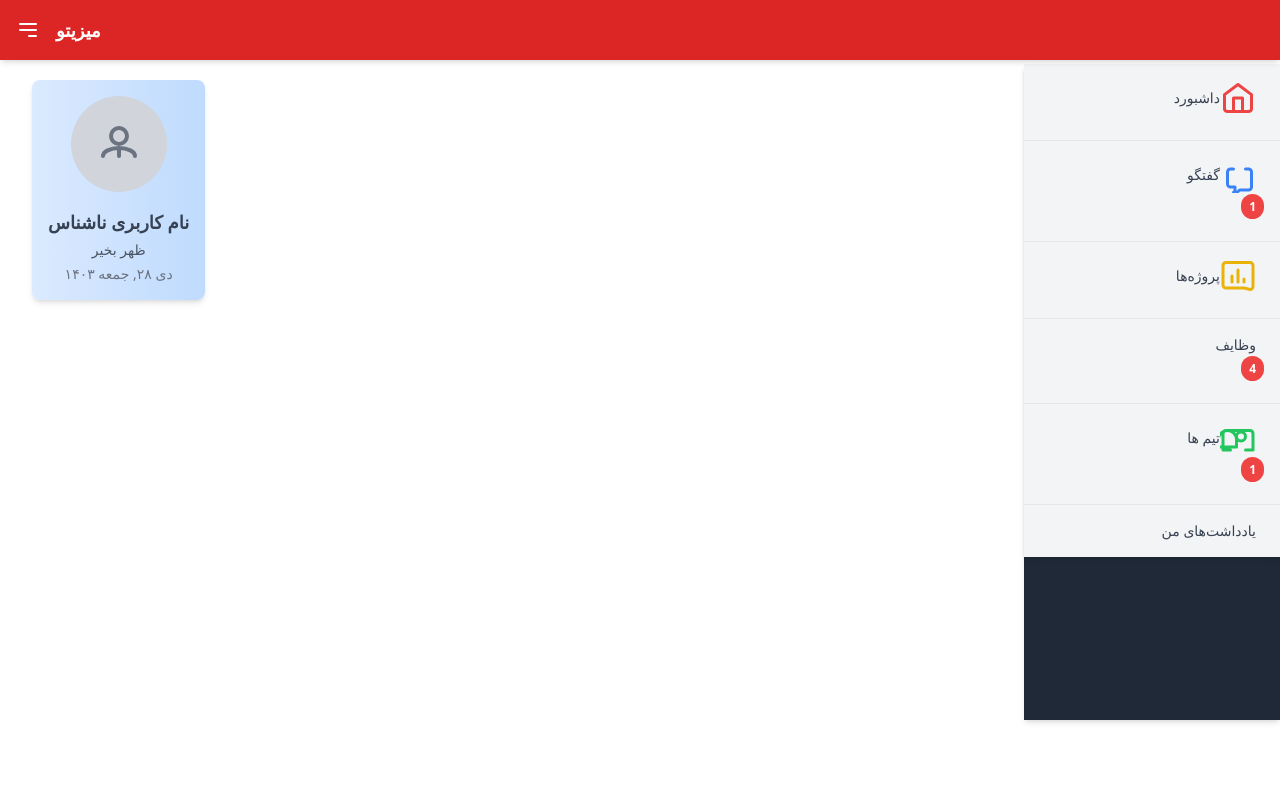
Repository: spnovaa/work-hive
Page: / (app in front_end/)
An editor plug-in stored every save of this project. The page is shown before and after the next save, followed by the edit.
The browser window is 1280 px wide. The pictures show the whole page.
The page's requests for data from a server got no answer. The project was rebuilt for these pictures with package versions that can differ from the ones it lists, and the page was loaded fresh each time. No one was signed in, and anything a server would have sent is missing. Also part of the build but not shown: front_end/src/api/auth.js, front_end/src/components/loadingSpinner.jsx, front_end/src/pages/login.jsx, front_end/src/pages/registration.jsx, front_end/src/common/axiosInstance.js, front_end/src/components/profile/profileSettingsModal.jsx, front_end/src/components/profile/dropdown.jsx, front_end/src/components/project/projectCardComponent.jsx and 10 more.

Above is the page before, as saved 2025-01-18 14:10:56.

### front_end/src/index.js
import React from 'react';
import ReactDOM from 'react-dom/client'; // Import from 'react-dom/client' for React 18+
import './styles/globals.css';
import App from './App';

// Create a root element for rendering the React application
const root = ReactDOM.createRoot(document.getElementById('root'));

// Use the new `render` method for React 18+
root.render(
  <React.StrictMode>
    <App />
  </React.StrictMode>
);

### front_end/src/App.jsx
import React, { useState } from 'react';
import { BrowserRouter as Router, Routes, Route } from 'react-router-dom';
import Login from './pages/login';
import Registration from './pages/registration';
import Home from './pages/home';
import ProjectsDashboard from './components/project/projectDashboard.jsx';
import ProjectDetails from './components/project/projectDetails.jsx';
import NewProject from './components/project/newProject.jsx';
import DashboardSidebar from './components/dashboardSidebar';
import TaskPage from './components/task/taskPage.jsx';
import TeamList from './components/team/teamList.jsx';
import TopBar from './components/topBar.jsx';

function App() {
  const [sidebarVisible, setSidebarVisible] = useState(true);

  const toggleSidebar = () => {
    setSidebarVisible((prev) => !prev);
  };

  return (
    <Router>
      <div className="flex flex-col h-screen">
        <div className="w-full bg-red-600 shadow-md fixed top-0 z-20">
          <TopBar toggleSidebar={toggleSidebar} />
        </div>

        <div className="flex flex-grow">
          {sidebarVisible && (
            <div className="w-64 bg-gray-800 fixed top-16 bottom-0 right-0 z-10 shadow-md">
              <DashboardSidebar />
            </div>
          )}
          <div
            className={`flex-grow ${
              sidebarVisible ? 'pr-64' : ''
            } pt-16 p-4 transition-all duration-300`}
          >
            <Routes>
              <Route path="/login" element={<Login />} />
              <Route path="/register" element={<Registration />} />
              <Route path="/" element={<Home />} />
              <Route path="/projects" element={<ProjectsDashboard />} />
              <Route path="/projects/new" element={<NewProject />} />
              <Route path="/projects/:projectId" element={<ProjectDetails />} />
              <Route path="/tasks" element={<TaskPage />} />
              <Route path="/teams" element={<TeamList />} />
            </Routes>
          </div>
        </div>
      </div>
    </Router>
  );
}

export default App;

### front_end/src/pages/home.jsx
import React, { useState } from 'react';
import ProfileSection from '../components/profile/profileSection';
import { useLocation } from 'react-router-dom';
import DashboardSidebar from '../components/dashboardSidebar';
import  ProfileSettingsModal  from '../components/profile/profileSettingsModal.jsx'
function Home() {
  const [isModalOpen, setIsModalOpen] = useState(false);

    const openModal = () => {
        setIsModalOpen(true);
    };

    const closeModal = () => {
        setIsModalOpen(false);
    };
  const location = useLocation();
  const name = location.state?.name || "نام کاربری ناشناس";
  const [background, setBackground] = useState('bg-white');
  const handleBackgroundChange = (bg) => {
    setBackground(bg);
  };
  const getCurrentDate = () => {
    const options = { weekday: 'long', year: 'numeric', month: 'long', day: 'numeric' };
    return new Date().toLocaleDateString('fa-IR', options);
  };
  return (
    <div className={`h-screen ${background} `}>
      <div className="absolute top-20 left-8">
        <ProfileSection
          name={name}
          greeting="ظهر بخیر"
          date={getCurrentDate()}
          onBackgroundChange={handleBackgroundChange}
          onSettingsClick={openModal}
        />
      </div>
      <ProfileSettingsModal show={isModalOpen} onClose={closeModal} />
    </div>
  );
}

export default Home;

### front_end/src/components/dashboardSidebar.jsx
import React from 'react';
import { useNavigate } from 'react-router-dom';

function SidebarItem({ icon, label, notificationCount, onClick }) {
    return (
        <div
            className="className=flex items-center justify-start flex-row-reverse p-4 cursor-pointer hover:bg-gray-100"
            onClick={onClick}
        >
            <div className="flex items-center">
                <span className="text-lg text-gray-700 mr-2">{icon}</span>
                <span className="text-gray-700 text-sm font-medium right-8">{label}</span>
            </div>
            {notificationCount > 0 && (
                <span className="bg-red-500 text-white text-xs font-bold rounded-full px-2 py-1">
                    {notificationCount}
                </span>
            )}
        </div>
    );
}

function DashboardSidebar() {
    const navigate = useNavigate();

    const handleNavigation = (path) => {
        navigate(path);
    };

    return (
        <div className="w-64 bg-gray-100 text-white shadow-md p-0 rtl" dir="rtl" >
            <SidebarItem
                icon={
                    <svg
                        xmlns="http://www.w3.org/2000/svg"
                        className="h-9 w-9 text-red-500"
                        fill="none"
                        viewBox="0 0 24 24"
                        stroke="currentColor"
                    >
                        <path
                            strokeLinecap="round"
                            strokeLinejoin="round"
                            strokeWidth="2"
                            d="M3 9.75L12 3l9 6.75v9.75A2.25 2.25 0 0118.75 21H5.25A2.25 2.25 0 013 19.5V9.75z"
                        />
                        <path
                            strokeLinecap="round"
                            strokeLinejoin="round"
                            strokeWidth="2"
                            d="M9 21V12h6v9"
                        />
                    </svg>
                }
                label="داشبورد"
                onClick={() => handleNavigation('/')}
            />
            <hr className="w-full border-gray-200 mt-2" />
            <SidebarItem
               icon={
                <svg
                  xmlns="http://www.w3.org/2000/svg"
                  className="h-9 w-9 text-blue-500"
                  fill="none"
                  viewBox="0 0 24 24"
                  stroke="currentColor"
                >
                  <path
                    strokeLinecap="round"
                    strokeLinejoin="round"
                    strokeWidth="2"
                    d="M17 8h2a2 2 0 012 2v10a2 2 0 01-2 2h-5.586a1 1 0 00-.707.293l-2.707 2.707A1 1 0 0110 23V20H7a2 2 0 01-2-2V10a2 2 0 012-2h2"
                  />
                </svg>
              }
                label="گفتگو"
                notificationCount={1}
                onClick={() => handleNavigation('/conversations')}
            />
              <hr className="w-full border-gray-200 mt-2" />
            <SidebarItem
                icon={
                    <svg
                      xmlns="http://www.w3.org/2000/svg"
                      className="h-9 w-9 text-yellow-500"
                      fill="none"
                      viewBox="0 0 24 24"
                      stroke="currentColor"
                    >
                      <path
                        strokeLinecap="round"
                        strokeLinejoin="round"
                        strokeWidth="2"
                        d="M8 16v-4m4 4V8m4 8v-2m0 6H4a2 2 0 01-2-2V5a2 2 0 012-2h16a2 2 0 012 2v14a2 2 0 01-2 2z"
                      />
                    </svg>
                  }
                label="پروژه‌ها"
                notificationCount={0}
                onClick={() => handleNavigation('/projects')}
            />
              <hr className="w-full border-gray-200 mt-2" />
            <SidebarItem
                icon={<i className="fas fa-tasks" />}
                label="وظایف"
                notificationCount={4}
                onClick={() => handleNavigation('/tasks')}
            />
              <hr className="w-full border-gray-200 mt-2" />
            <SidebarItem
              icon={
                <svg
                  xmlns="http://www.w3.org/2000/svg"
                  className="h-9 w-9 text-green-500"
                  fill="none"
                  viewBox="0 0 24 24"
                  stroke="currentColor"
                >
                  <path
                    strokeLinecap="round"
                    strokeLinejoin="round"
                    strokeWidth="2"
                    d="M17 20h5V9a2 2 0 00-2-2H4a2 2 0 00-2 2v11h5m10-9a3 3 0 11-6 0 3 3 0 016 0zm-6 2a6 6 0 00-12 0v5h12v-5z"
                  />
                </svg>
              }
                label="تیم ها"
                notificationCount={1}
                onClick={() => handleNavigation('/teams')}
            />
              <hr className="w-full border-gray-200 mt-2" />
            <SidebarItem
                icon={<i className="fas fa-sticky-note" />}
                label="یادداشت‌های من"
                notificationCount={0}
                onClick={() => handleNavigation('/notes')}
            />
        </div>
    );
}

export default DashboardSidebar;

### front_end/src/components/topBar.jsx
import React from 'react';

function TopBar({ toggleSidebar }) {
  return (
    <div className="flex items-center justify-between p-4">
      <div className="flex items-center">
        <button
          onClick={toggleSidebar}
          className="mr-4 cursor-pointer text-white"
        >
          <svg
            xmlns="http://www.w3.org/2000/svg"
            className="h-6 w-6"
            fill="none"
            viewBox="0 0 24 24"
            stroke="currentColor"
          >
            <path
              strokeLinecap="round"
              strokeLinejoin="round"
              strokeWidth="2"
              d="M4 6h16M4 12h16m-7 6h7"
            />
          </svg>
        </button>
        <div className="text-white text-lg font-bold">میزیتو</div>
      </div>
    </div>
  );
}

export default TopBar;

### front_end/src/components/profile/profileSection.jsx
import React, { useState, useEffect, useRef } from 'react';
import ProfileDropdown from './dropdown.jsx';

const ProfileSection = ({ name, greeting, date, onBackgroundChange ,onSettingsClick}) => {
  const [isDropdownOpen, setIsDropdownOpen] = useState(false);
  const dropdownRef = useRef(null);

  const toggleDropdown = () => {
    setIsDropdownOpen((prev) => !prev);
  };

  useEffect(() => {
    const handleClickOutside = (event) => {
      if (dropdownRef.current && !dropdownRef.current.contains(event.target)) {
        setIsDropdownOpen(false);
      }
    };

    document.addEventListener('mousedown', handleClickOutside);
    return () => {
      document.removeEventListener('mousedown', handleClickOutside);
    };
  }, []);

  return (
    <div className="relative">
  <div
    className={`relative z-0 p-4 bg-gradient-to-r from-blue-100 to-blue-200 rounded-lg shadow-md max-w-xs cursor-pointer ${
      isDropdownOpen ? 'hidden' : ''
    }`}
    onClick={toggleDropdown}
  >
    <div className="flex flex-col items-center">
      <div className="bg-gray-300 w-24 h-24 rounded-full flex items-center justify-center mb-4">
        <svg
          xmlns="http://www.w3.org/2000/svg"
          className="h-12 w-12 text-gray-500"
          fill="none"
          viewBox="0 0 24 24"
          stroke="currentColor"
        >
          <path
            strokeLinecap="round"
            strokeLinejoin="round"
            strokeWidth="2"
            d="M12 12c2.21 0 4-1.79 4-4s-1.79-4-4-4-4 1.79-4 4 1.79 4 4 4zM12 14c-4.418 0-8 1.79-8 4m8-4c4.418 0 8 1.79 8 4m-8-4v4"
          />
        </svg>
      </div>
      <h2 className="text-lg font-semibold text-gray-700">{name}</h2>
      <p className="text-sm text-gray-600 mt-1">{greeting}</p>
      <p className="text-sm text-gray-500 mt-1">{date}</p>
    </div>
  </div>

  {isDropdownOpen && (
    <div
      ref={dropdownRef}
      className="absolute top-0 left-0  bg-white rounded-lg shadow-lg p-4 w-full"
    >
      <ProfileDropdown onBackgroundChange={onBackgroundChange} onSettingsClick={onSettingsClick} />
    </div>
  )}
</div>

  );
};

export default ProfileSection;

Loaded but not shown: front_end/public/index.html (common file); front_end/src/styles/globals.css (common file); front_end/tailwind.config.js (common file)

After the next save:
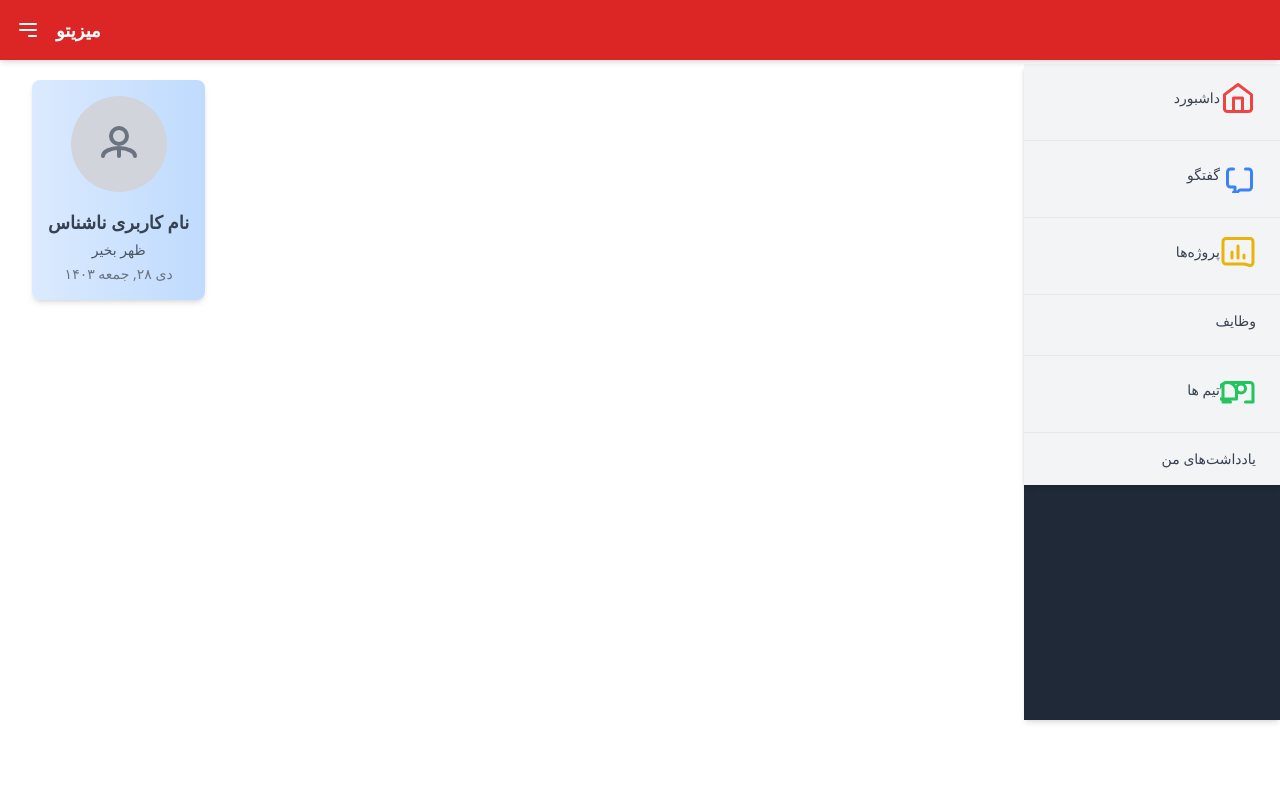
Saved 22 s later.
--- a/front_end/src/components/dashboardSidebar.jsx
+++ b/front_end/src/components/dashboardSidebar.jsx
@@ -1,7 +1,7 @@
 import React from 'react';
 import { useNavigate } from 'react-router-dom';
 
-function SidebarItem({ icon, label, notificationCount, onClick }) {
+function SidebarItem({ icon, label, onClick }) {
     return (
         <div
             className="className=flex items-center justify-start flex-row-reverse p-4 cursor-pointer hover:bg-gray-100"
@@ -11,11 +11,7 @@ function SidebarItem({ icon, label, notificationCount, onClick }) {
                 <span className="text-lg text-gray-700 mr-2">{icon}</span>
                 <span className="text-gray-700 text-sm font-medium right-8">{label}</span>
             </div>
-            {notificationCount > 0 && (
-                <span className="bg-red-500 text-white text-xs font-bold rounded-full px-2 py-1">
-                    {notificationCount}
-                </span>
-            )}
+
         </div>
     );
 }
